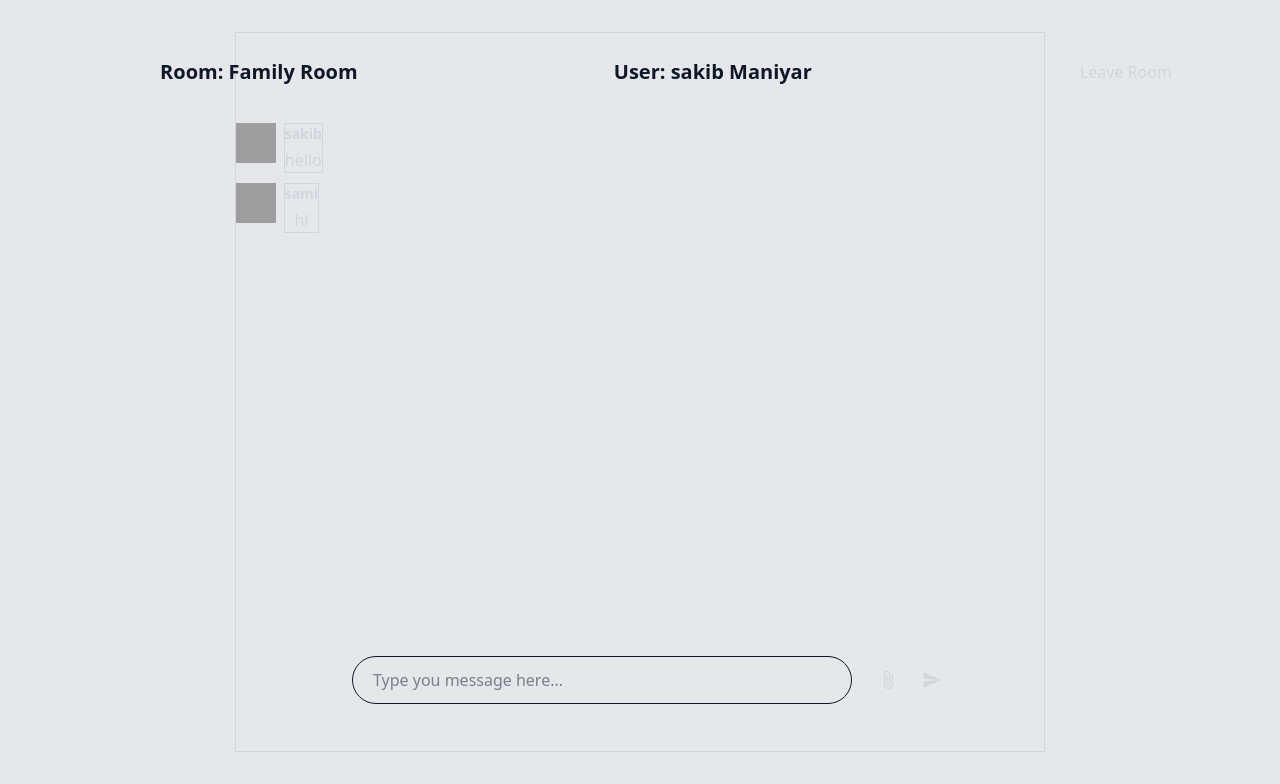
Repository: Saquib45/ChatApplication
Page: /chat (app in front-chat/)
An editor plug-in stored every save of this project. The page is shown before and after the next save, followed by the edit.
The browser window is 1280 px wide. The pictures show the whole page.
Pictures or frames that could not be fetched are drawn as grey boxes. The project was rebuilt for these pictures with package versions that can differ from the ones it lists, and the page was loaded fresh each time. Also part of the build but not shown: front-chat/vite.config.js, front-chat/src/components/JoinCreateChat.jsx, front-chat/src/App.jsx.

Above is the page before, as saved 2025-04-12 22:03:18.

After the next save:
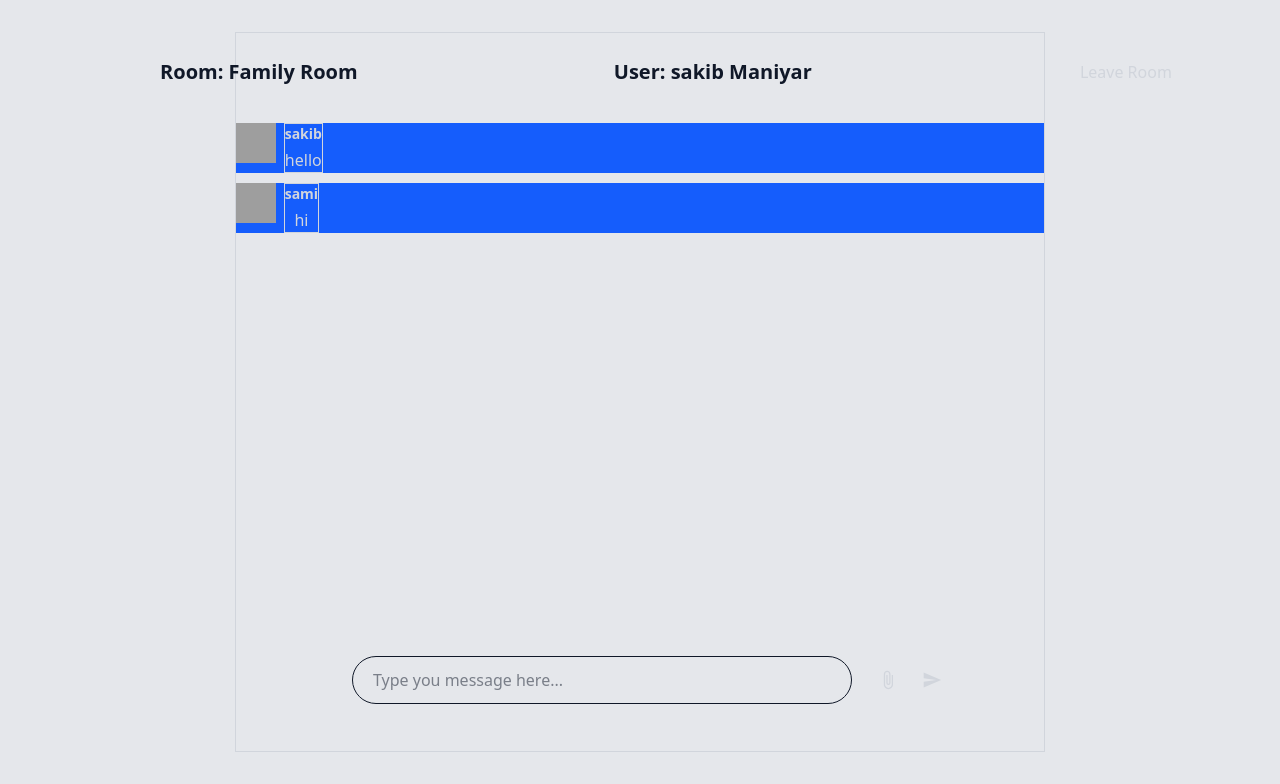
Saved 6 s later.
--- a/front-chat/src/components/ChatPage.jsx
+++ b/front-chat/src/components/ChatPage.jsx
@@ -39,7 +39,7 @@ function ChatPage() {
             <main className="py-20 border w-2/3 dark:bg-slate-600 text-gray-300  mx-auto h-screen overflow-auto">
                 {
                     messages.map((message,index)=>(
-                        <div key={index} className="my-2.5 bgblue">
+                        <div key={index} className="my-2.5 bg-blue-600">
                             <div className="flex flex-row gap-2">
                                 <img className="h-10 w-10" src="https://avatar.iran.liara.run/public/43" alt="" />
                                 <div className="border flex flex-col gap-1">
